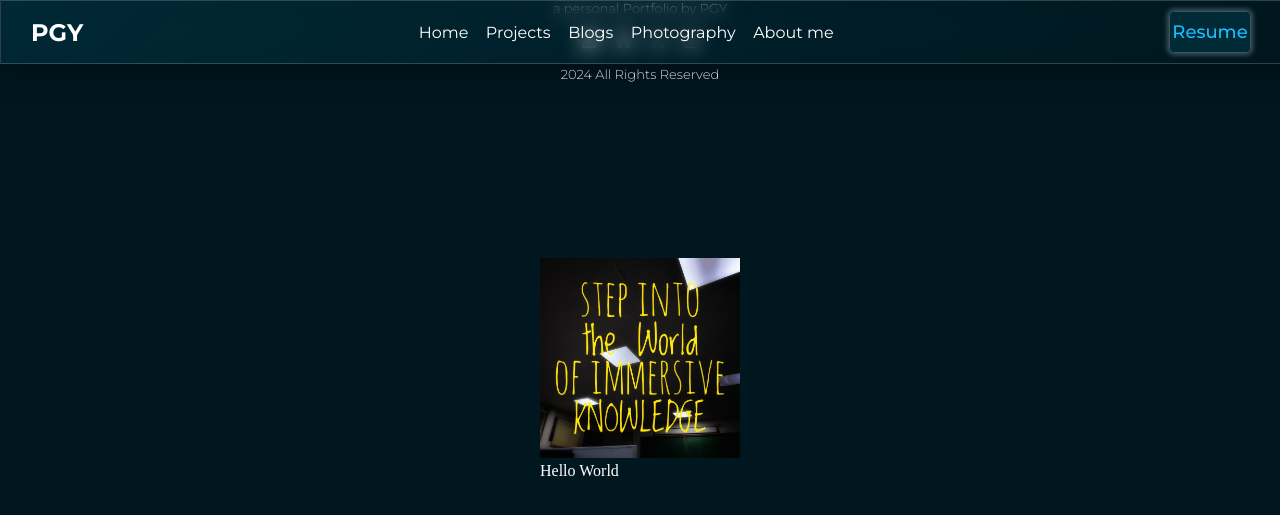
Repository: pgyunknown/pgyunknown
Page: photography.html
The author's editor kept a copy of each file at every save. The page is drawn from the files as they stood at one save, then again after the next save.
The browser window is 1280 px wide. The pictures show the whole page.
Some web libraries are served in a nearby version.

Above is the page before, as saved 2024-08-22 10:39:43.

After the next save:
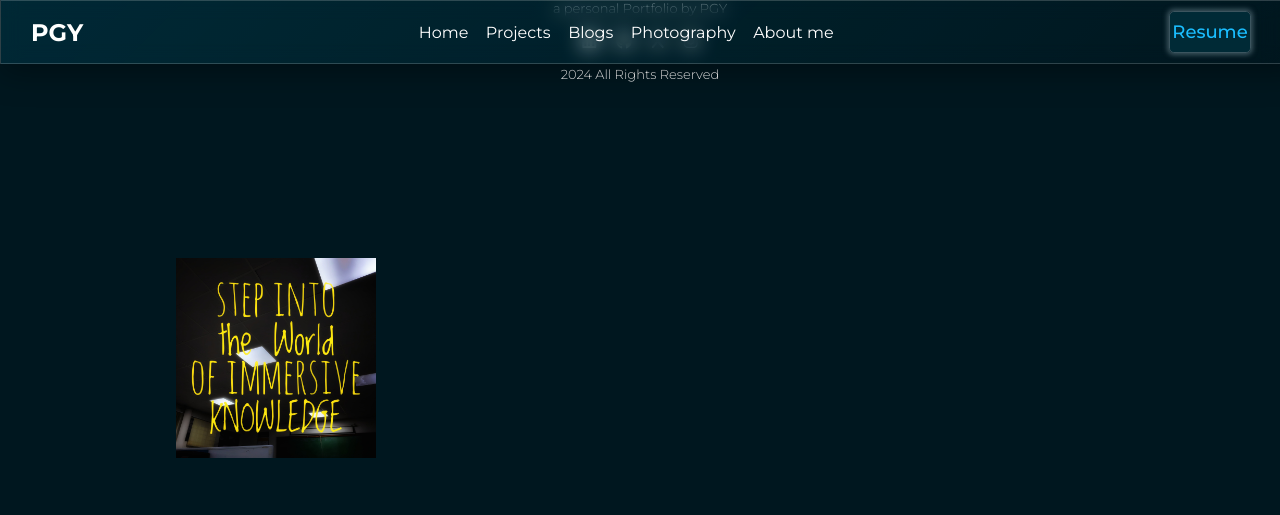
Saved 100 s later.
--- a/photography.html
+++ b/photography.html
@@ -4,7 +4,7 @@
     <meta charset="UTF-8">
     <meta name="viewport" content="width=device-width, initial-scale=1.0">
     <title>Personal portfolio</title>
-    <link rel="stylesheet" href="index.css">
+    <link rel="stylesheet" href="photography.css">
     <link rel="preconnect" href="https://fonts.googleapis.com">
 <link rel="preconnect" href="https://fonts.gstatic.com" crossorigin>
 <link href="https://fonts.googleapis.com/css2?family=Libre+Baskerville:ital,wght@0,400;0,700;1,400&family=Montserrat:ital,wght@0,100..900;1,100..900&family=Titillium+Web:ital,wght@0,200;0,300;0,400;0,600;0,700;0,900;1,200;1,300;1,400;1,600;1,700&display=swap" rel="stylesheet">
